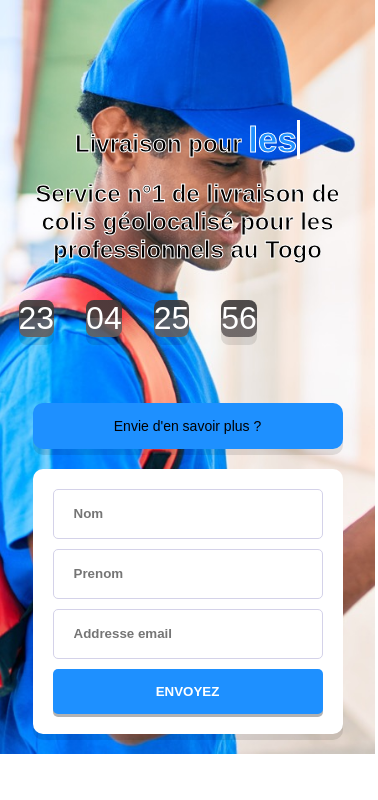
Repository: lawalalao/landpage
Page: index.html
The author's editor kept a copy of each file at every save. The page is drawn from the files as they stood at one save, then again after the next save.
The browser window is 375 px wide. The page is 375 px wide, then 378 px, so the pictures cover 378 px, including what lies to the right of the window. The pictures show the whole page.
Some web fonts or font styles are not loaded; a fallback is used.

Above is the page before, as saved 2021-01-15 15:56:45.
Console error: TypeError: Cannot read properties of null (reading 'addEventListener')

After the next save:
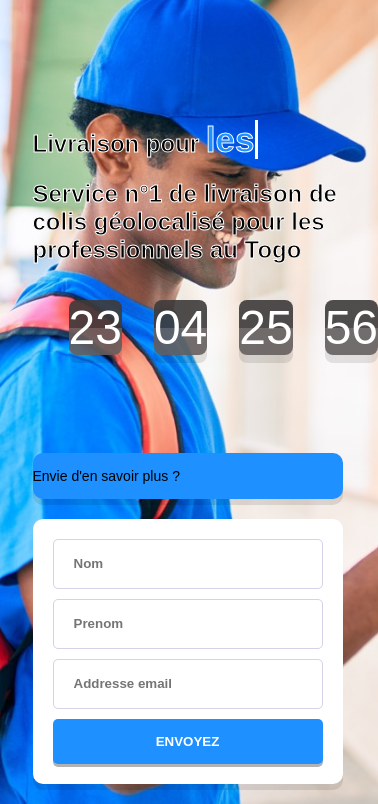
Saved 19 s later.
--- a/style.css
+++ b/style.css
@@ -177,8 +177,7 @@ input:hover {
     .countdown {
         font-size: 25px;
         display: flex;
-        text-align: center;
-    }
+       margin-left: 20px;
     .social{
         display: inline;
         margin-left: 80px;
